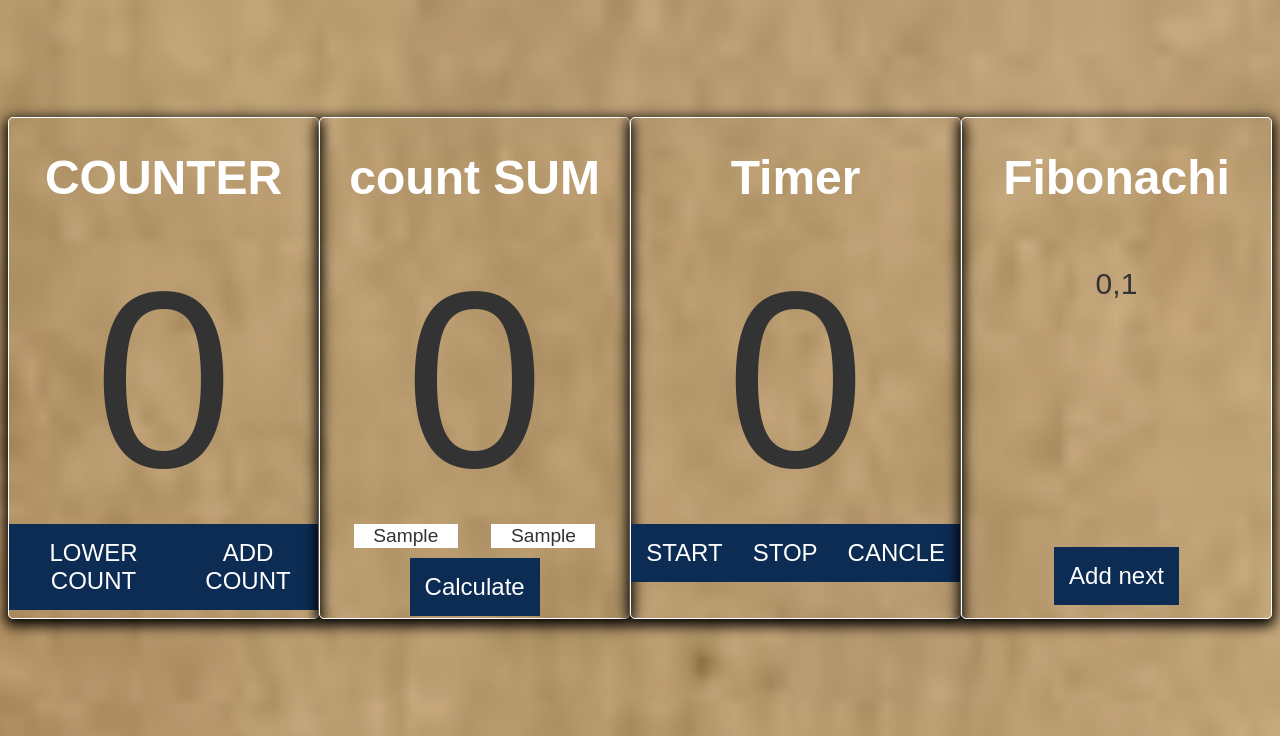
Repository: Hasmik-icml/counter
Page: index.html
These files come from the project's save history. The page is drawn as it stood at one moment and after the next save; the edit follows.
The browser window is 1280 px wide. The pictures show the whole page.
Empty fields were first filled with sample values (such as "Sample", 5 or name@example.com).
After loading, the first visible `div.fibonachiButtons` was clicked once.

Above is the page before, as saved 2022-02-14 23:23:02.

### index.html
<!DOCTYPE html>
<html lang="en">
<head>
    <meta charset="UTF-8">
    <meta http-equiv="X-UA-Compatible" content="IE=edge">
    <meta name="viewport" content="width=device-width, initial-scale=1.0">
    <link rel="stylesheet" href="/style.css">
    <title>Document</title>
</head>
<body>
    <!-- increase decrease -->
    <div class="container">
        <h1 class="counterHeader">COUNTER</h1>
        <div class="result">0</div>
        <div class="buttons">
            <button class="buttonLower button" data-id="lower">LOWER COUNT</button>
            <button class="buttonAdd button" data-id="add">ADD COUNT</button>
    </div>
    </div>

    <!--calculate sum of two numbers  -->
    <div class="container">
        <h1 class="counterHeader">count SUM</h1>
        <div class="resultSum result">0</div>
        <div class="inputs">
            <input type="text" class="inputNumber1 input">
            <input type="text" class="inputNumber2 input">
        </div>
        <button class="calculateNumber button">Calculate</button>
        <!--  -->
    </div>
    <!-- timer -->
    <div class="container">
        <h1 class="counterHeader">Timer</h1>
        <div class="resultTimer result">0</div>
        <div class="timerButtons buttons">
            <button class="buttonStart button">START</button>
            <button class="buttonStop button">STOP</button>
            <button class="buttonCansle button">CANCLE</button>
         </div>
    </div>
    <!-- fibonachi -->
    <div class="container">
        <h1 class="counterHeader">Fibonachi</h1>
        <div class="resultFibonachi result">0,1</div>
        <div class="fibonachiButtons buttons">
            <button class="buttonStart button">Add next</button>
         </div>
    </div>

    <script src="/index.js"></script>
</body>
</html>

### style.css
body{
    display:flex;
    text-align: center;
    /* flex-direction:column;
    justify-content:center; */
    min-height:100vh;
    background-image: url("/background.png");
    background-repeat: no-repeat;
    background-size: cover;
}
.container {
    width: 500px;
    height: 500px;
    border: 1px solid white;
    border-radius: 5px;
    margin: auto;
    text-align: center;
    box-shadow: 0px 4px 13px 3px;
    display: flex;
    flex-direction: column;
    justify-content: center;
    display: inline-block;
    justify-content: center;
    vertical-align: bottom;
}
.counterHeader{
    color: white;
    font-family: sans-serif;
    font-size: xxx-large;
}
.result{
    color: #333333;
    font-family: sans-serif;
    font-size: 250px;
}
.button{
    background-color: #0c2c54;
    border-style: none;
    color: white;
    padding: 15px;
    font-family: sans-serif;
    font-size: x-large;
}
.buttons{
    display: flex;
    justify-content: space-evenly;
}

.inputs{
    display: flex;
    justify-content: space-evenly;
    margin-bottom: 10px;
}
.input{
    border: none;
    font-size: larger;
    font-family: sans-serif;
    text-align: center;
    color: #333333;
    width: 100px;
    outline: none;
}
.resultFibonachi{
    font-size: 30px;
    height: 50%;
    overflow-wrap: anywhere;
    padding: 30px;
}

### index.js
// increase decrease
const result = document.querySelector(".result");
const buttonLower = document.querySelector(".buttonLower");
const buttonAdd = document.querySelector(".buttonAdd");

buttonLower.addEventListener("click", function(){
    result.innerHTML--;
})
buttonAdd.addEventListener("click", function(){
    result.innerHTML++;
})

// second version
// document.querySelectorAll(".button").forEach(item => {
//     item.addEventListener("click", function(e){
//         console.log("Target",item.getAttribute("data-id"));
//         if (item.getAttribute("data-id") === "add"){
//             result.innerHTML++;
//         }else{
//             result.innerHTML--;
//         }
//     })
// })


// calculate sum of two numbers
document.querySelector(".calculateNumber").addEventListener("click", function(){
    const number1 = +document.querySelector(".inputNumber1").value;
    const number2 = +document.querySelector(".inputNumber2").value;
    document.querySelector(".resultSum").innerHTML = calculate(number1)(number2);

})

function calculate(num1){
    return function(num2){
        return num1 + num2;
    }
}

// timer
const buttonStart = document.querySelector(".buttonStart");
const buttonStop = document.querySelector(".buttonStop");
const buttonCansle = document.querySelector(".buttonCansle");
const resultTimer = document.querySelector(".resultTimer");
let interval;

buttonStart.addEventListener("click", function(){
    interval = setInterval(timerStart, 1000);
})

buttonStop.addEventListener("click", function(){
    timerStop();
})

buttonCansle.addEventListener("click", function(){
    resultTimer.innerHTML = "0";
})

function timerStart(){
    resultTimer.innerHTML++;
}

function timerStop(){
  clearInterval(interval);
}

//fibonachi
let fibonachiNumbers = [0, 1];

document.querySelector(".fibonachiButtons").addEventListener("click",function(){
   let next = fibonachiNumbers.length + 1;
  let res =  fib(next);
  document.querySelector(".resultFibonachi")
  console.log(next)
})


function fib(next){
    fibonachiNumbers.push(fibonachiNumbers[fibonachiNumbers.length] + fibonachiNumbers[fibonachiNumbers.length - 1]);
}

After the next save:
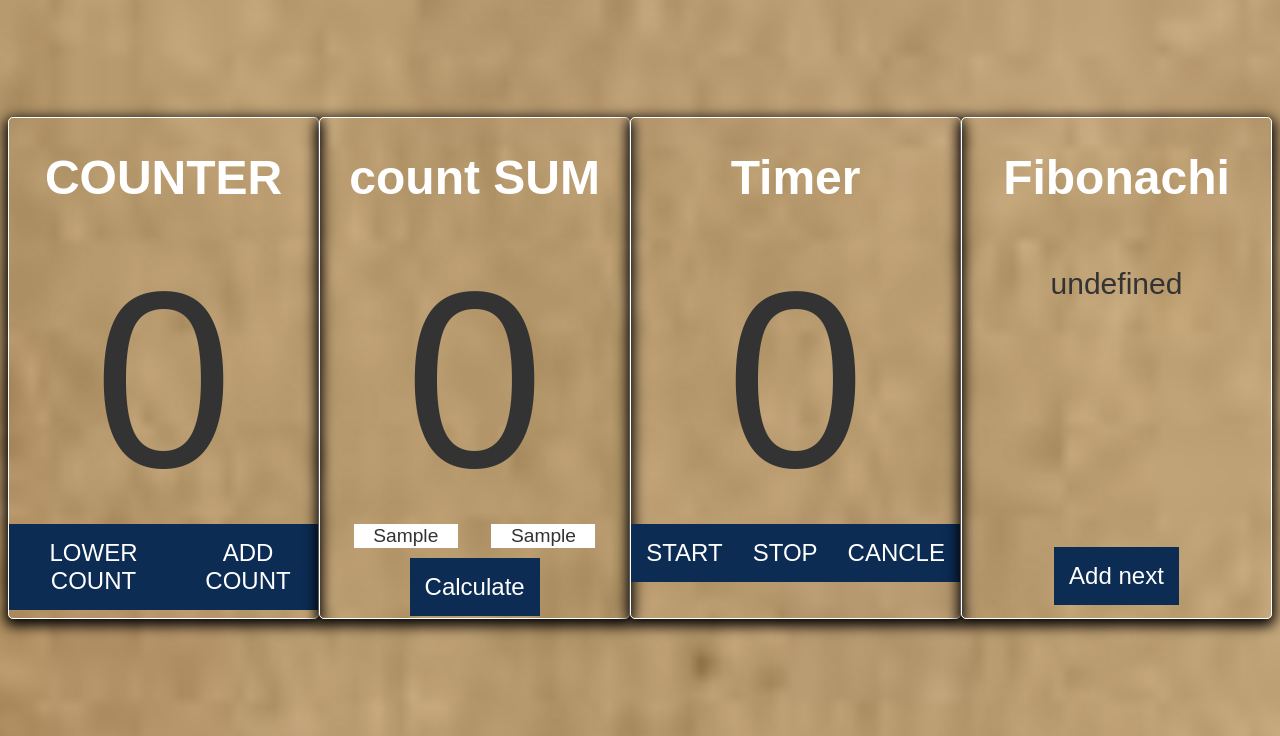
Saved 17 s later.
--- a/index.js
+++ b/index.js
@@ -70,7 +70,7 @@ let fibonachiNumbers = [0, 1];
 document.querySelector(".fibonachiButtons").addEventListener("click",function(){
    let next = fibonachiNumbers.length + 1;
   let res =  fib(next);
-  document.querySelector(".resultFibonachi")
+  document.querySelector(".resultFibonachi").innerHTML = res;
   console.log(next)
 })
 
